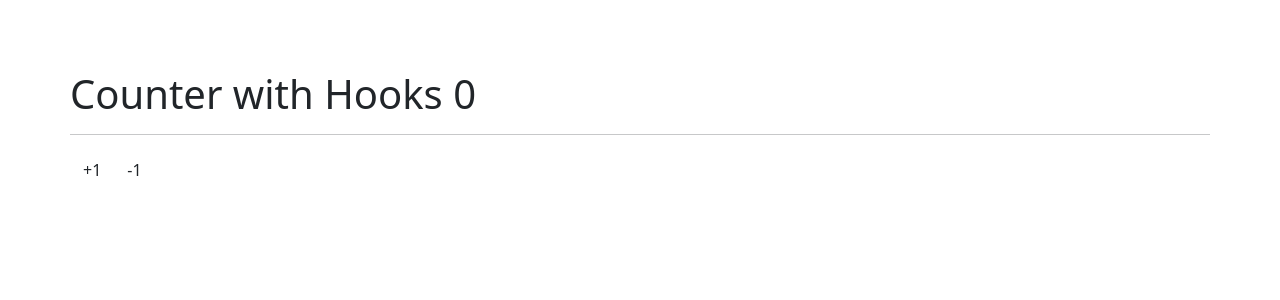
Repository: ppfeliuu/hooks-app
Page: /
These files come from the project's save history. The page is drawn as it stood at one moment and after the next save; the edit follows.
The browser window is 1280 px wide. The pictures show the whole page.
The project was rebuilt for these pictures with package versions that can differ from the ones it lists, and the page was loaded fresh each time. Also part of the build but not shown: src/components/01-useState/CounterApp.js, src/HookApp.js.

Above is the page before, as saved 2021-05-27 21:55:03.

### public/index.html
<!DOCTYPE html>
<html lang="en">
  <head>
    <meta charset="utf-8" />
    <link rel="icon" href="%PUBLIC_URL%/favicon.ico" />
    <meta name="viewport" content="width=device-width, initial-scale=1" />
    <meta name="theme-color" content="#000000" />
    <meta
      name="description"
      content="Web site created using create-react-app"
    />
    <link rel="apple-touch-icon" href="%PUBLIC_URL%/logo192.png" />
    <!--
      manifest.json provides metadata used when your web app is installed on a
      user's mobile device or desktop. See https://developers.google.com/web/fundamentals/web-app-manifest/
    -->
    <link rel="manifest" href="%PUBLIC_URL%/manifest.json" />
    <!--
      Notice the use of %PUBLIC_URL% in the tags above.
      It will be replaced with the URL of the `public` folder during the build.
      Only files inside the `public` folder can be referenced from the HTML.

      Unlike "/favicon.ico" or "favicon.ico", "%PUBLIC_URL%/favicon.ico" will
      work correctly both with client-side routing and a non-root public URL.
      Learn how to configure a non-root public URL by running `npm run build`.
    -->
    <link
      href="https://cdn.jsdelivr.net/npm/bootstrap@5.0.1/dist/css/bootstrap.min.css"
      rel="stylesheet"
      integrity="sha384-+0n0xVW2eSR5OomGNYDnhzAbDsOXxcvSN1TPprVMTNDbiYZCxYbOOl7+AMvyTG2x"
      crossorigin="anonymous"
    />
    <title>Hooks App</title>
  </head>
  <body>
    <noscript>You need to enable JavaScript to run this app.</noscript>
    <div id="root"></div>
    <!--
      This HTML file is a template.
      If you open it directly in the browser, you will see an empty page.

      You can add webfonts, meta tags, or analytics to this file.
      The build step will place the bundled scripts into the <body> tag.

      To begin the development, run `npm start` or `yarn start`.
      To create a production bundle, use `npm run build` or `yarn build`.
    -->
  </body>
</html>

### src/index.js
import React from "react";
import ReactDOM from "react-dom";
import { CounterApp } from "./components/01-useState/CounterApp";
import { CounterWithCustomHook } from "./components/01-useState/CounterWithCustomHook";
import { HookApp } from "./HookApp";

ReactDOM.render(<CounterWithCustomHook />, document.getElementById("root"));

### src/components/01-useState/CounterWithCustomHook.js
import React from "react";
import { useCounter } from "../../hooks/useCounter";
import "./counter.css";

export const CounterWithCustomHook = () => {
  const { state, increment, decrement } = useCounter();
  return (
    <>
      <h1>Counter with Hooks {0}</h1>
      <hr />

      <button className="btn">+1</button>
      <button className="btn">-1</button>
    </>
  );
};

### src/hooks/useCounter.js
import { useState } from "react";

export const useCounter = (initialState) => {
  const [state, setstate] = useState(initialState);

  const increment = () => {
    setstate(state + 1);
  };

  const decrement = () => {
    setstate(state - 1);
  };

  return {
    state,
    increment,
    decrement,
  };
};

Loaded but not shown: src/components/01-useState/counter.css (common file)

After the next save:
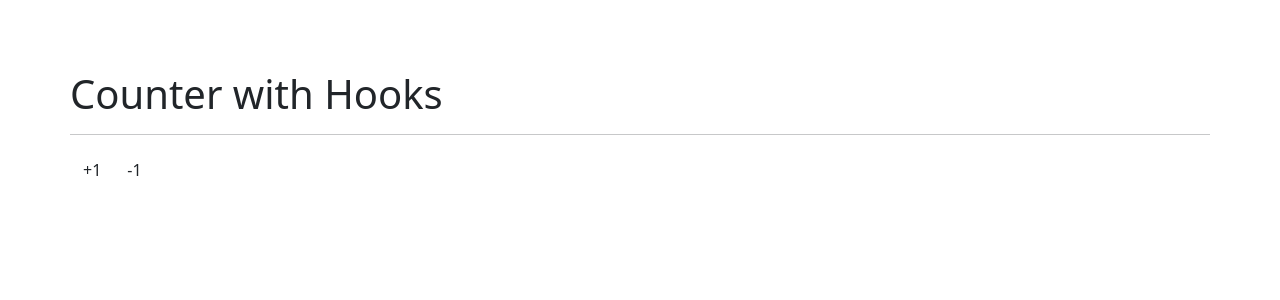
Saved 6 s later.
--- a/src/components/01-useState/CounterWithCustomHook.js
+++ b/src/components/01-useState/CounterWithCustomHook.js
@@ -6,7 +6,7 @@ export const CounterWithCustomHook = () => {
   const { state, increment, decrement } = useCounter();
   return (
     <>
-      <h1>Counter with Hooks {0}</h1>
+      <h1>Counter with Hooks {state}</h1>
       <hr />
 
       <button className="btn">+1</button>
